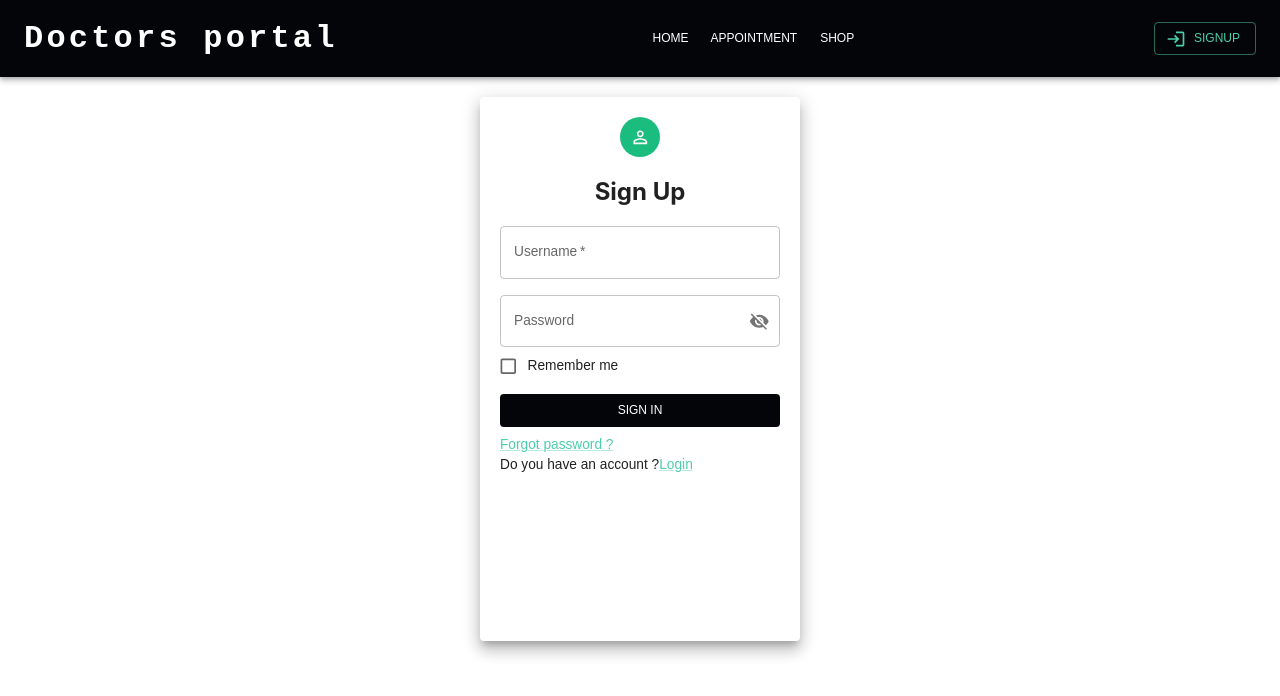
Repository: mdrubel02/health-care
Page: /signUp
An editor plug-in stored every save of this project. The page is shown before and after the next save, followed by the edit.
The browser window is 1280 px wide. The pictures show the whole page.
The project was rebuilt for these pictures with package versions that can differ from the ones it lists, and the page was loaded fresh each time. Also part of the build but not shown: src/Pages/Appointment/Appointment.js, src/Pages/Home/Banner/Banner.js, src/Pages/Home/Information/Information.js, src/Pages/Home/Services/Services.js, src/Pages/Home/Home.js, src/Pages/Login/Login.js, src/Animation/index.js, src/Styles/Product/index.js and 4 more.

Above is the page before, as saved 2022-11-20 18:33:43.

After the next save:
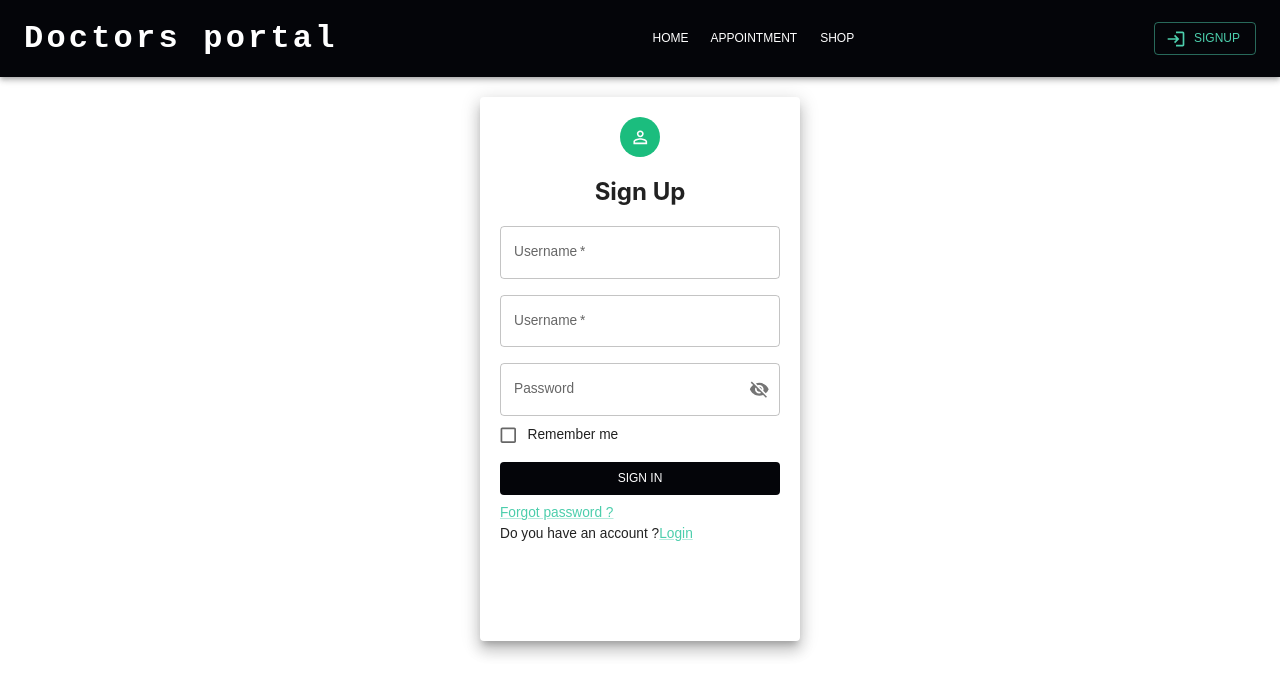
Saved 42 s later.
--- a/src/Pages/SingUp/SingUp.js
+++ b/src/Pages/SingUp/SingUp.js
@@ -58,6 +58,12 @@ const SingUp = () => {
                         label="Username"
                         sx={{ paddingBottom: '1rem' }}
                         placeholder='Enter username' fullWidth required />
+                    <TextField color='secondary'
+                        id="outlined-multiline-static"
+                        autoComplete='off'
+                        label="Username"
+                        sx={{ paddingBottom: '1rem' }}
+                        placeholder='Enter username' fullWidth required />
                     <FormControl variant="outlined" fullWidth color='secondary'>
                         <InputLabel htmlFor="outlined-adornment-password">Password</InputLabel>
                         <OutlinedInput
